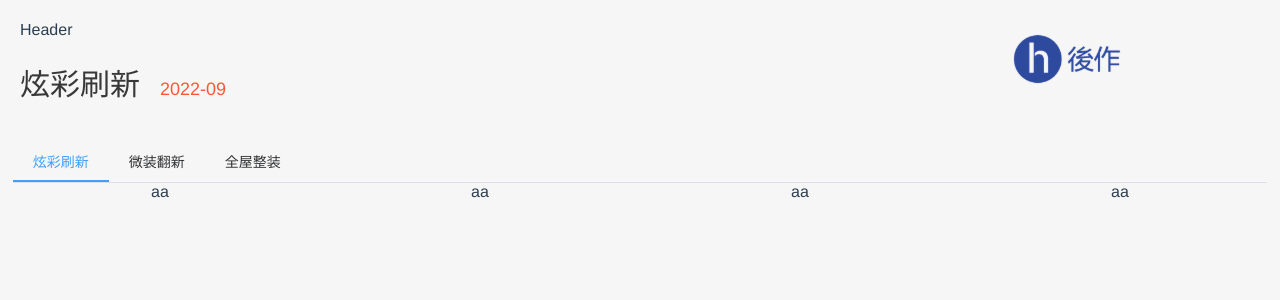
Repository: yezhonghu0503/houzuo
Page: /interiorDecoration
The author's editor kept a copy of each file at every save. The page is drawn from the files as they stood at one save, then again after the next save.
The browser window is 1280 px wide. The pictures show the whole page.
The project was rebuilt for these pictures with package versions that can differ from the ones it lists, and the page was loaded fresh each time. Also part of the build but not shown: vite.config.ts.

Above is the page before, as saved 2022-09-29 14:42:50.

After the next save:
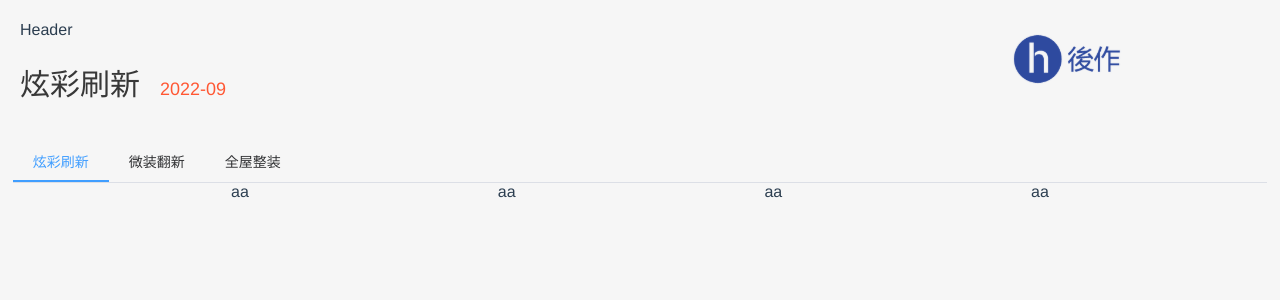
Saved 13 s later.
--- a/src/view/interiorDecoration/renovate.vue
+++ b/src/view/interiorDecoration/renovate.vue
@@ -5,7 +5,7 @@
 </script>
 <template>
   <el-row justify="center">
-    <el-col v-for="item in 4" :span="6">aa</el-col>
+    <el-col v-for="item in 4" :span="5">aa</el-col>
   </el-row>
 </template>
 

After the save that followed:
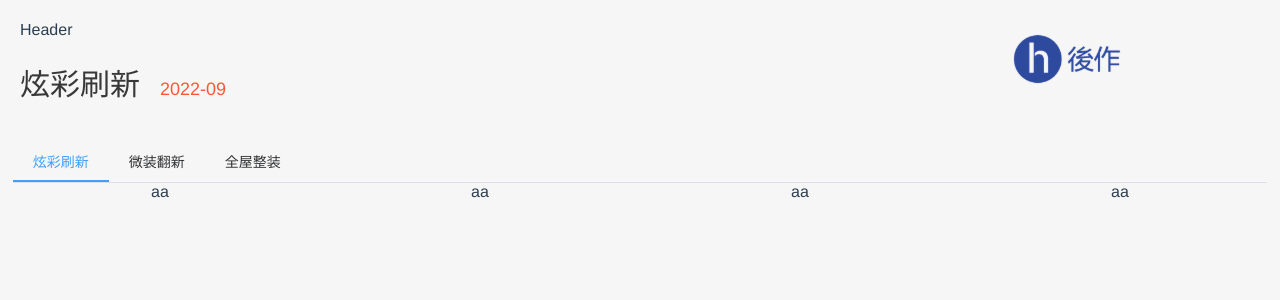
Saved 23 s later.
--- a/src/view/interiorDecoration/renovate.vue
+++ b/src/view/interiorDecoration/renovate.vue
@@ -5,7 +5,7 @@
 </script>
 <template>
   <el-row justify="center">
-    <el-col v-for="item in 4" :span="5">aa</el-col>
+    <el-col v-for="item in 4" :span="6">aa</el-col>
   </el-row>
 </template>
 
